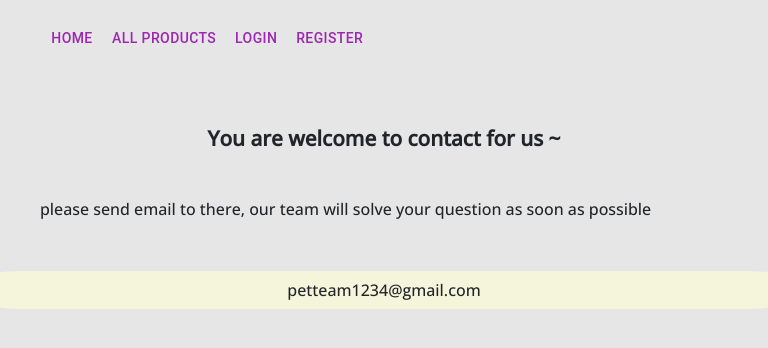
Repository: dzwfighting/pet
Page: /contact
These files come from the project's save history. The page is drawn as it stood at one moment and after the next save; the edit follows.
The browser window is 768 px wide. The pictures show the whole page.
The project was rebuilt for these pictures with package versions that can differ from the ones it lists, and the page was loaded fresh each time. Also part of the build but not shown: src/components/homeComponent.js, src/components/Layout.js, src/components/checkoutComponent.js, src/fake-data/products.js, src/styles/css/cart.css, src/components/ShopCartComponent.js, src/components/productsDetail.js, src/manipulate/checkValid.js and 10 more.

Above is the page before, as saved 2023-08-20 10:21:53.

### src/index.js
import React from "react";
import ReactDOM from "react-dom/client";
import "./index.css";
import App from "./App";
import { Provider } from "react-redux";
import store from "./manipulate/store";
import reportWebVitals from "./reportWebVitals";

const root = ReactDOM.createRoot(document.getElementById("root"));
root.render(
  <Provider store={store}>
    <React.StrictMode>
      <App />
    </React.StrictMode>
  </Provider>
);

// If you want to start measuring performance in your app, pass a function
// to log results (for example: reportWebVitals(console.log))
// or send to an analytics endpoint. Learn more: https://bit.ly/CRA-vitals
reportWebVitals();

### src/App.js
import "./App.css";
import { BrowserRouter, Routes, Route } from "react-router-dom";
import Layout from "./components/Layout";
import Checkout from "./components/checkoutComponent";
import ShopCart from "./components/ShopCartComponent";
import ProductsDetail from "./components/productsDetail";
import Register from "./components/Register";
import Login from "./components/Login";
import Error from "./components/Error";
import Collections from "./components/Collections";
import Contactus from "./components/Contactus";
import Products from "./components/Products";

function App() {
  return (
    <BrowserRouter>
      <Routes>
        <Route path="/" element={<Layout />} />
        <Route path="checkout" element={<Checkout />} />
        <Route path="shopcart" element={<ShopCart />} />
        <Route path="contact" element={<Contactus />} />
        <Route path="products" element={<Products />} />
        <Route path="products/:id" element={<ProductsDetail />} />
        <Route path="register" element={<Register />} />
        <Route path="login" element={<Login />} />
        <Route path="error/:message" element={<Error />} />
        <Route path="collections" element={<Collections />} />
      </Routes>
    </BrowserRouter>
  );
}

export default App;

### src/manipulate/store.js
import { createStore } from "redux";
import rootReducer from "./reducer";

export default createStore(rootReducer);

### src/components/Contactus.js
import React from "react";
import NavComponent from "./navComponent";
import Container from "react-bootstrap/Container";
import Row from "react-bootstrap/Row";
import Col from "react-bootstrap/Col";
import "../styles/css/contact.css";
import cat11 from "../styles/images/cat11-removebg-preview.png";

const Contactus = () => {
  return (
    <div>
      <NavComponent />
      <div className="contactContainerSet">
        <h3>You are welcome to contact for us ~</h3>
        <p>
          please send email to there, our team will solve your question as soon
          as possible
        </p>
        <div className="emailBlock">petteam1234@gmail.com</div>
      </div>
    </div>
  );
};

export default Contactus;

### src/manipulate/reducer.js
import users from "../fake-data/users";

const initialState = {
  curUser: null,
  // cartItems: [],
  // totalQuantity: 0,
  // totalAmount: 0,
  // collectItems: [],
};

const rootReducer = (state = initialState, action) => {
  switch (action.type) {
    case "LOGIN":
      return {
        ...state,
        curUser: action.payload,
      };
    case "LOGOUT":
      return {
        ...state,
        curUser: null,
      };
    case "REGISTER":
      users.push(action.payload);
      return {
        ...state,
        curUser: action.payload,
      };
    // case "ADDCART":
    //   const newItem = action.payload;
    //   const existItem = state.cartItems.find((item) => item.id === newItem.id);
    //   state.totalQuantity++;
    //   if (!existItem) {
    //     state.cartItems.push({
    //       id: newItem.id,
    //       title: newItem.title,
    //       iamge: newItem.image,
    //       price: newItem.price,
    //       quantity: 1,
    //       totalPrice: newItem.price,
    //     });
    //   } else {
    //     existItem.quantity++;
    //     existItem.totalPrice =
    //       Number(existItem.totalPrice) + Number(newItem.price);
    //   }

    //   state.totalAmount = state.cartItems.reduce(
    //     (total, item) => total + Number(item.price) * Number(item.quantity),
    //     0
    //   );
  }
  return state;
};
export default rootReducer;

### src/components/navComponent.js
import React, { useEffect } from "react";
import { Link, useNavigate } from "react-router-dom";
import Button from "@mui/material/Button";
import { useDispatch, useSelector } from "react-redux";
import { logout } from "../manipulate/action";

const NavComponent = () => {
  const curUser = useSelector((state) => state.curUser);
  const dispatch = useDispatch();
  const navigate = useNavigate();

  const handleLogout = () => {
    dispatch(logout());
    navigate("/");
  };

  // console.log(curUser);

  return (
    <div style={{ marginLeft: "40px", marginTop: "20px", marginRight: "40px" }}>
      <Link to="/" style={{ textDecoration: "none" }}>
        <Button color="secondary">Home</Button>
      </Link>

      <Link
        to="/products"
        state={{ category: "all" }}
        style={{ textDecoration: "none" }}
      >
        <Button color="secondary">All Products</Button>
      </Link>
      {curUser ? (
        <Link to="/shopcart" style={{ textDecoration: "none" }}>
          <Button color="secondary">Shop Cart</Button>
        </Link>
      ) : (
        <a />
      )}
      {curUser ? (
        <Link to="/collections" style={{ textDecoration: "none" }}>
          <Button color="secondary">Collections</Button>
        </Link>
      ) : (
        <a />
      )}
      {/* {curUser ? (
        <Link to="/checkout" style={{ textDecoration: "none" }}>
          <Button color="secondary">Check Out </Button>
        </Link>
      ) : (
        <a />
      )} */}
      {curUser ? (
        <Button color="secondary" onClick={handleLogout}>
          Logout
        </Button>
      ) : (
        <Link to="/login" style={{ textDecoration: "none" }}>
          <Button color="secondary">Login</Button>
        </Link>
      )}
      {curUser ? (
        <a />
      ) : (
        <Link to="/register" style={{ textDecoration: "none" }}>
          <Button color="secondary">Register</Button>
        </Link>
      )}
    </div>
  );
};

export default NavComponent;

### src/fake-data/users.js
let users = [
  {
    email: "user1@gmail.com",
    password: "123456",
    collections: ["11"],
    cart: [{ proId: "11", cnt: "2" }],
    uploads: [
      "https://images.unsplash.com/photo-1526336024174-e58f5cdd8e13?ixlib=rb-4.0.3&ixid=M3wxMjA3fDB8MHxwaG90by1wYWdlfHx8fGVufDB8fHx8fA%3D%3D&auto=format&fit=crop&w=1887&q=80",
    ],
  },
  {
    email: "user2@gmail.com",
    password: "123456",
    collections: ["12", "13"],
    cart: [
      { proId: "12", cnt: "1" },
      { proId: "13", cnt: "2" },
    ],
    uploads: [
      "https://images.unsplash.com/photo-1526336024174-e58f5cdd8e13?ixlib=rb-4.0.3&ixid=M3wxMjA3fDB8MHxwaG90by1wYWdlfHx8fGVufDB8fHx8fA%3D%3D&auto=format&fit=crop&w=1887&q=80",
      "https://images.unsplash.com/photo-1542650507-17d51cecbbb5?ixlib=rb-4.0.3&ixid=M3wxMjA3fDB8MHxwaG90by1wYWdlfHx8fGVufDB8fHx8fA%3D%3D&auto=format&fit=crop&w=1942&q=80",
    ],
  },
];

let findUser = (email) => {
  let userIdx = 0;
  for (let i = 0; i < users.length; i++) {
    if (users[i].email === email) {
      userIdx = i;
      break;
    }
  }
  return userIdx;
};

export const findUserData = (email) => {
  let userIdx = findUser(email);
  return users[userIdx];
};

export let addCollect = (email, collect) => {
  let userIdx = findUser(email);

  // console.log("add succes");
  users[userIdx].collections.push(collect);
  console.log(users[userIdx]);
  return users[userIdx];
};

export let deleteCollect = (email, delId) => {
  let userIdx = findUser(email);

  let delIdx = 0;
  for (let i = 0; i < users[userIdx].collections.length; i++) {
    if (users[userIdx].collections[i] === delId) {
      delIdx = i;
      break;
    }
  }

  users[userIdx].collections.splice(delIdx, 1);
  console.log("del success");
  console.log(users[userIdx].collections);
  return users[userIdx];
};

export let addCart = (email, addId) => {
  let userIdx = findUser(email);
  let ifFind = false;
  for (let i = 0; i < users[userIdx].cart.length; i++) {
    if (users[userIdx].cart[i].proId === addId) {
      ifFind = true;
      users[userIdx].cart[i].cnt = (
        Number(users[userIdx].cart[i].cnt) + 1
      ).toString();
      break;
    }
  }

  if (!ifFind) {
    users[userIdx].cart.push({ proId: addId, cnt: "1" });
  }
  console.log(users[userIdx]);
  return users[userIdx];
};

export const delCart = (email, delId) => {
  let userIdx = findUser(email);
  for (let i = 0; i < users[userIdx].cart.length; i++) {
    if (users[userIdx].cart[i].proId === delId) {
      users[userIdx].cart.splice(i, 1);
      break;
    }
  }
  console.log(users[userIdx]);
  return users[userIdx];
};

export const delOnePro = (email, delId) => {
  let userIdx = findUser(email);
  console.log(delId);
  console.log(users[userIdx]);
  for (let i = 0; i < users[userIdx].cart.length; i++) {
    if (users[userIdx].cart[i].proId === delId) {
      console.log("start delete");
      let delOne = Number(users[userIdx].cart[i].cnt) - 1;
      console.log(delOne);
      if (delOne == 0) {
        delCart(email, delId);
        break;
      } else {
        users[userIdx].cart[i].cnt = delOne.toString();
        break;
      }
    }
  }
  console.log(users[userIdx]);
  return users[userIdx];
};
export default users;

### src/styles/css/prodetail.css
@import url("https://fonts.googleapis.com/css2?family=Open+Sans:wght@500&display=swap");
.detailcard {
  display: flex;
  position: relative;
  font-family: "Open Sans", sans-serif;
  width: 100vw;
  left: 1vw;
  right: 1vw;
}
.detailcardimg {
  width: 25vw;
  height: 40vw;
}
.detailcontent {
  width: 66vw;
}
.detailcontent h2 {
  margin-bottom: 1vw;
}
.detailcontent p {
  margin-left: 1vw;
  text-align: left;
  padding-right: 1vw;
  padding-bottom: 1vw;
  width: 66vw;
  font-size: 1rem;
}

@media screen and (min-width: 1105px) {
  .detailcardimg {
    width: 300px;
    height: 380px;
  }
  .detailfinalBtn {
    margin-top: -5px;
  }
}

@media screen and (min-width: 917px) and (max-width: 1105px) {
  .detailcardimg {
    width: 28vw;
    height: 450px;
  }
  .detailcontent {
    width: 27vw;
  }
  .detailcontent h2 {
    font-size: 1rem;
  }
  .detailcontent p {
    font-size: 0.8rem;
  }
  .detailfinalBtn {
    margin-top: 5px;
  }
}

@media screen and (min-width: 771px) and (max-width: 917px) {
  /* .detailcardimg {
    width: 28vw;
    height: 45vw;
  } */
  .detailcontent h2 {
    margin-bottom: 5px;
    font-size: 1rem;
  }
  .detailcontent p {
    margin-left: 5px;
    padding-right: 5px;
    padding-bottom: 0px;
    width: 66vw;
    font-size: 0.7rem;
  }
}
@media screen and (min-width: 615px) and (max-width: 771px) {
  .detailcardimg {
    width: 20vw;
    height: 30vw;
  }
  .detailcontent h2 {
    margin-bottom: 5px;
    font-size: 0.9rem;
  }
  .detailcontent p {
    margin-left: 5px;
    padding-right: 0;
    padding-bottom: 0px;
    width: 66vw;
    font-size: 0.5rem;
  }
}
@media screen and (min-width: 480px) and (max-width: 615px) {
  .detailcard {
    display: block;
  }
  .detailcardimg {
    position: relative;
    left: 2%;
    width: 25vw;
    height: 35vw;
  }
  .detailcontent {
    width: 95vw;
  }
  .detailcontent h2 {
    width: 95vw;
    margin-left: 0;
    margin-bottom: 2px;
    font-size: 0.9rem;
  }
  .detailcontent p {
    margin-left: 2px;
    padding-right: 0;
    padding-bottom: 0px;
    width: 90vw;
    font-size: 0.7rem;
  }
  .detailfinalBtn {
    font-size: 0.7rem;
  }
}
@media screen and (min-width: 200px) and (max-width: 480px) {
  .detailcard {
    display: block;
  }
  .detailcardimg {
    position: relative;
    left: 2%;
    width: 25vw;
    height: 35vw;
  }
  .detailcontent {
    width: 95vw;
  }
  .detailcontent h2 {
    width: 90vw;
    margin-left: 0;
    margin-bottom: 2px;
    font-size: 0.9rem;
  }
  .detailcontent p {
    margin-left: 2px;
    padding-right: 0;
    padding-bottom: 0px;
    width: 90vw;

    font-size: 0.7rem;
  }
  .detailfinalBtn {
    font-size: 0.7rem;
  }
}

### src/manipulate/action.js
export const login = (user) => ({
  type: "LOGIN",
  payload: user,
});

export const logout = () => ({
  type: "LOGOUT",
});

export const register = (newUser) => ({
  type: "REGISTER",
  payload: newUser,
});

// export const addToCart = (item) => ({
//   type: "ADDTOCART",
//   payload: item,
// });

// export const deleteFromCard = (item) => ({
//   typeof: "DELETEFROMCART",
//   payload: item,
// });

// export const addToCollect = (item) => ({
//   type: "ADDTOCOLLECT",
//   payload: item,
// });

// export const deleteFromColllect = (item) => ({
//   type: "DELETEFROMCOLLECT",
//   payload: item,
// });

### src/styles/css/login.css
@import url("https://fonts.googleapis.com/css2?family=Open+Sans:wght@500&display=swap");
.formSet {
  display: flex;
  margin-left: 5%;
  align-items: center;
  font-family: "Open Sans", sans-serif;
}
.lableSet {
  font-size: 2rem;
}

.inputSet {
  font-size: 1rem;
  width: 800px;
}

.loginbtnSet {
  align-items: center;
  justify-content: center;
  width: 100px;
  height: 40px;
  /* font-size: 1.1rem; */
}
.pSet {
  font-size: 1.2rem;
}

@media screen and (min-width: 1025px) {
  .formSet {
    display: flex;
    margin-left: 5%;
    align-items: center;
    font-family: "Open Sans", sans-serif;
  }
  .lableSet {
    font-size: 2rem;
  }

  .inputSet {
    text-align: left;
    font-size: 1rem;
    width: 600px !important;
  }
  .loginbtnSet {
    height: 35px !important;
  }

  .regSet {
    width: 100px !important;
    padding-top: 6px;
    height: 37px !important;
  }
  .loginbtnSet p {
    width: 70px;
  }
  .pSet {
    font-size: 1.2rem !important;
  }
}
@media screen and (min-width: 769px) and (max-width: 1024px) {
  .formSet {
    display: flex;
    margin-left: 5%;
    align-items: center;
    font-family: "Open Sans", sans-serif;
  }
  .lableSet {
    font-size: 1.5rem;
  }
  .inputSet {
    font-size: 0.9rem !important;
    width: 700px !important;
  }
  .loginbtnSet {
    width: 65px;
    height: 38px;
    font-size: 0.9rem;
  }

  .regSet {
    width: 80px;
    padding-left: 6px;
    height: 38px;
  }
  .regSet p {
    margin-left: 2px;
    font-size: 0.9rem;
  }
  .pSet {
    font-size: 1rem;
  }
}
@media screen and (min-width: 481px) and (max-width: 768px) {
  .formSet {
    display: flex;
    margin-left: 5%;
    align-items: center;
    font-family: "Open Sans", sans-serif;
  }
  .lableSet {
    font-size: 1.5rem;
  }
  .inputSet {
    font-size: 0.9rem !important;
    width: 700px !important;
  }
  .loginbtnSet {
    width: 70px;
    /* padding-top: 1px;
    padding-left: 21px; */
    height: 38px;
    font-size: 0.9rem;
  }
  .regSet {
    width: 88px;
    /* padding-top: 2px;
    padding-left: 25px; */
    height: 37px;
    font-size: 0.9rem;
  }
}
@media screen and (max-width: 481px) {
  .formSet {
    display: flex;
    margin-left: 5%;
    align-items: center;
    font-family: "Open Sans", sans-serif;
    margin-top: 50px !important;
  }
  .lableSet {
    font-size: 1rem;
  }
  .inputSet {
    font-size: 0.8rem;
    width: 200px;
    height: 40px;
  }
  .loginbtnSet {
    align-items: center;
    justify-content: center;
    width: 56px;
    height: 28px;
    font-size: 0.7rem;
  }
  .pSet {
    font-size: 0.8rem;
  }
  .regSet {
    width: 66px;
    /* padding-left: 16px; */
    height: 30px;
    font-size: 0.7rem;
  }
}

### src/styles/css/contact.css
@import url("https://fonts.googleapis.com/css2?family=Open+Sans:wght@500&display=swap");
.contactContainerSet h3 {
  display: flex;
  justify-content: center;
  align-items: center;
  font-family: "Open Sans", sans-serif;
  margin-top: 9%;
  font-size: 2rem;
  font-weight: 900;
}
.contactContainerSet p {
  text-align: center;
  font-family: "Open Sans", sans-serif;
  margin-top: 6%;
  font-size: 1.5rem;
}

.emailBlock {
  display: flex;
  align-items: center;
  text-align: center;
  justify-content: center;
  font-family: "Open Sans", sans-serif;
  width: 100vw;
  height: 5vw;
  background-color: beige;
  border-radius: 4%;
  font-size: 1.5rem;
  margin-top: 50px;
}

@media screen and (min-width: 769px) and (max-width: 1024px) {
  .contactContainerSet p {
    font-size: 1.2rem;
  }
  .emailBlock {
    font-size: 1.2rem;
  }
}
@media screen and (min-width: 481px) and (max-width: 768px) {
  .contactContainerSet h3 {
    font-size: 1.3rem;
  }

  .contactContainerSet p {
    width: 90vw;
    font-size: 1rem;
  }
  .emailBlock {
    font-size: 1rem;
  }
}
@media screen and (max-width: 480px) {
  .contactContainerSet h3 {
    font-size: 1.3rem;
  }

  .contactContainerSet p {
    font-size: 1rem;
  }
  .emailBlock {
    font-size: 1rem;
  }
}

### src/styles/css/categories.css
@import url("https://fonts.googleapis.com/css2?family=Open+Sans:wght@500&display=swap");
.cardSet {
  /* margin-left: -18%; */
  position: relative;

  font-family: "Open Sans", sans-serif !important;
  /* margin-right: -20% */
}
.cSet {
  position: relative;
  right: 10%;

  /* width: 100vw; */
  justify-content: center;
}
.imgSet {
  width: 100vw !important;
}
.linkFont {
  font-size: 1.5em;
  margin-top: -50px;
}

@media screen and (min-width: 1025px) {
}
@media screen and (min-width: 769px) and (max-width: 1024px) {
  .cardSet {
    display: flex !important;
    align-items: center !important;
    justify-content: center !important;
    text-align: center !important;
    /* margin-left: -18%; */
  }
  .linkFont {
    font-size: 1.2em;
    margin-top: -50px;
  }
  .imgSet {
    width: 701px !important;
  }
}
@media screen and (min-width: 481px) and (max-width: 768px) {
  .cardSet {
    display: flex !important;
    align-items: center !important;
    justify-content: center !important;
    text-align: center !important;
    margin-left: -16%;
    /* margin-right: -20% */
  }
  .linkFont {
    font-size: 1.2em;
    margin-top: 1px !important;
  }

  .imgSet {
    width: 401px !important;
  }
}
@media screen and (max-width: 480px) {
  .cardSet {
    display: flex !important;
    align-items: center !important;
    justify-content: center !important;
    text-align: center !important;
  }
  .imgSet {
    width: 310px !important;
  }
  .linkFont {
    font-size: 1em;
    margin-top: 10px;
  }
}

Loaded but not shown: public/index.html (common file); src/index.css (common file); src/reportWebVitals.js (common file); src/App.css (common file); src/styles/allproducts.css (no stored copy; drawn as an empty file)

After the next save:
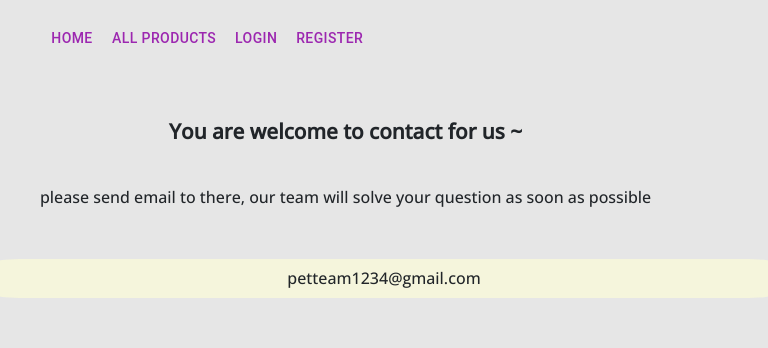
Saved 11 s later.
--- a/src/styles/css/contact.css
+++ b/src/styles/css/contact.css
@@ -42,8 +42,10 @@
     font-size: 1.3rem;
   }
 
+  .contactContainerSet {
+    width: 90vw;
+  }
   .contactContainerSet p {
-    width: 90vw;
     font-size: 1rem;
   }
   .emailBlock {
